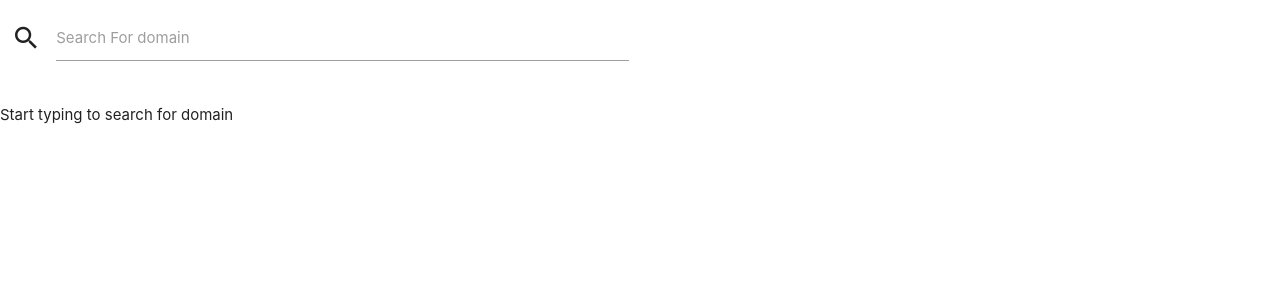
Repository: habib-urrehmaan/domain-name-searcher
Page: / (app in client/)
The author's editor kept a copy of each file at every save. The page is drawn from the files as they stood at one save, then again after a run of saves.
The browser window is 1280 px wide. The pictures show the whole page.
The project was rebuilt for these pictures with package versions that can differ from the ones it lists, and the page was loaded fresh each time.

Above is the page before, as saved 2020-04-17 18:02:12.

### client/public/index.html
<!DOCTYPE html>
<html lang="en">
  <head>
    <meta charset="utf-8" />
    <link rel="icon" href="%PUBLIC_URL%/favicon.ico" />
    <meta name="viewport" content="width=device-width, initial-scale=1" />
    <meta name="theme-color" content="#000000" />
    <meta
      name="description"
      content="Web site created using create-react-app"
    />
    <link rel="apple-touch-icon" href="%PUBLIC_URL%/logo192.png" />
    <!--
      manifest.json provides metadata used when your web app is installed on a
      user's mobile device or desktop. See https://developers.google.com/web/fundamentals/web-app-manifest/
    -->
    <link rel="manifest" href="%PUBLIC_URL%/manifest.json" />
    <!--
      Notice the use of %PUBLIC_URL% in the tags above.
      It will be replaced with the URL of the `public` folder during the build.
      Only files inside the `public` folder can be referenced from the HTML.

      Unlike "/favicon.ico" or "favicon.ico", "%PUBLIC_URL%/favicon.ico" will
      work correctly both with client-side routing and a non-root public URL.
      Learn how to configure a non-root public URL by running `npm run build`.
    -->
    <link rel="stylesheet" href="https://cdnjs.cloudflare.com/ajax/libs/materialize/1.0.0/css/materialize.min.css">
    <link href="https://fonts.googleapis.com/icon?family=Material+Icons" rel="stylesheet">
     <!-- Compiled and minified JavaScript -->
     <script src="https://cdnjs.cloudflare.com/ajax/libs/materialize/1.0.0/js/materialize.min.js"></script>
    <title>React App</title>
  </head>
  <body>
    <noscript>You need to enable JavaScript to run this app.</noscript>
    <div id="root"></div>
    <!--
      This HTML file is a template.
      If you open it directly in the browser, you will see an empty page.

      You can add webfonts, meta tags, or analytics to this file.
      The build step will place the bundled scripts into the <body> tag.

      To begin the development, run `npm start` or `yarn start`.
      To create a production bundle, use `npm run build` or `yarn build`.
    -->
  </body>
</html>

### client/src/index.js
import React from 'react';
import ReactDOM from 'react-dom';
import './index.css';
import App from './App';

ReactDOM.render(
  <React.StrictMode>
    <App />
  </React.StrictMode>,
  document.getElementById('root')
);

// If you want your app to work offline and load faster, you can change
// unregister() to register() below. Note this comes with some pitfalls.
// Learn more about service workers: https://bit.ly/CRA-PWA
// serviceWorker.unregister();

### client/src/App.js
import React from 'react';
import Search from './Search';
import Output from './Output';

class App extends React.Component {

  constructor(props)
  {
    super(props);
    this.state ={
      output:null
    }
  }


  setAppOutput = (outputData) =>
  {
    console.log("setting output value")

    this.setState({
      output:outputData
    })
  }

  render()
  {
    return (
      <div className="App">
        <Search setOutput={this.setAppOutput}/>
        <Output data={this.state.output}/>
      </div>
    );
  }
}

export default App;

### client/src/Search.js
import React, { Component } from 'react'
import axios from 'axios'

class Search extends Component {

    constructor(props)
    {
        super(props);
        console.log(props)
    }

    onChangeHandler = (e) =>
    {
        axios({
            'method': 'GET',
            'url': `http://localhost:5000/domain/search?domain=${e.target.value}`,
            'ContentType':'application/json'
        }).then((response)=>{

            var obj = JSON.parse(response.data.data);
            this.props.setOutput(obj);
        }).catch(error=>{
            console.log(error);
        });
    }

    render() {
        return (
            <div>
                <div className="row">
                    <div className="input-field col offset-2 s6">
                        <i className="material-icons prefix">search</i>
                        <input id="search" type="text" className="validate" onChange={this.onChangeHandler}/>
                        <label htmlFor="search">Search For domain</label>
                    </div>
                </div>
            </div>
        )
    }
}

export default Search;

### client/src/Output.js
import React from 'react'

export default function Output(props) {

    let {data} = props;
    console.log("output data",data);
    return (
        <div>
        {(data)?(<div>{(data.available)?(<div><span>Congratulations! This domain is available</span><br/>
            <span><b>Price:</b>{data.price}{data.currency}</span></div>):(data.code)?(<div>{data.message}</div>):(<span>Sorry this domain is not Available</span>)}</div>)
            :(<div>Start typing to search for domain</div>)}


        </div>
    )
}

Loaded but not shown: client/src/index.css (common file)

After the next 3 saves:
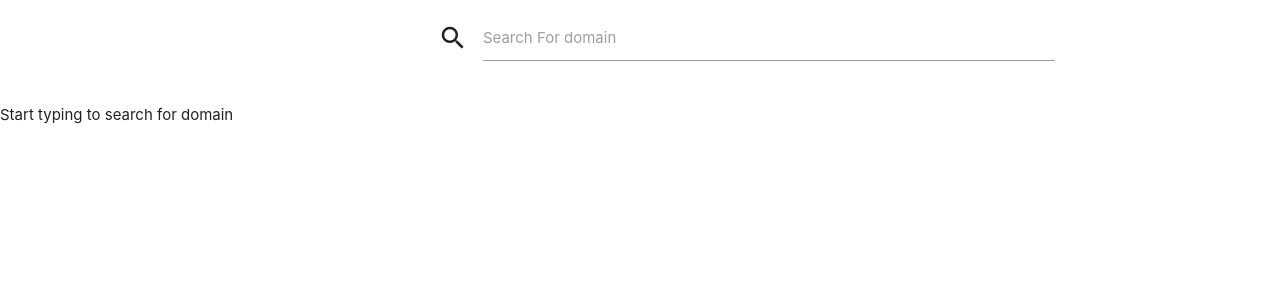
The 3 saves are shown as one change because they came seconds apart.
The last was saved 14 s later.
--- a/client/src/Search.js
+++ b/client/src/Search.js
@@ -28,7 +28,7 @@ class Search extends Component {
         return (
             <div>
                 <div className="row">
-                    <div className="input-field col offset-2 s6">
+                    <div className="input-field col offset-s4 s6">
                         <i className="material-icons prefix">search</i>
                         <input id="search" type="text" className="validate" onChange={this.onChangeHandler}/>
                         <label htmlFor="search">Search For domain</label>
